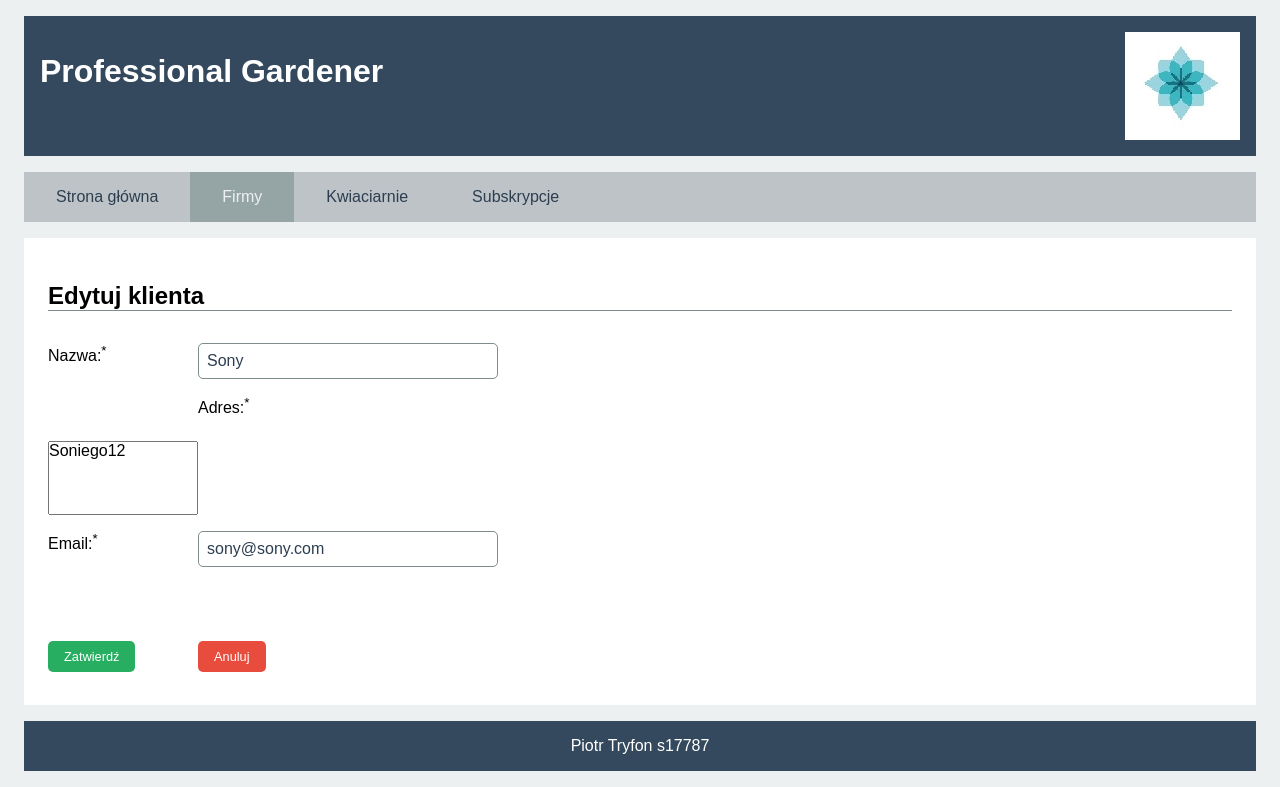
Repository: s17787/TIN
Page: tin_zaoczne_12_s17787_html-css/pages/client-edit.html
The author's editor kept a copy of each file at every save. The page is drawn from the files as they stood at one save, then again after the next save.
The browser window is 1280 px wide. The pictures show the whole page.

Above is the page before, as saved 2021-01-06 08:08:11.

### tin_zaoczne_12_s17787_html-css/pages/client-edit.html
<!DOCTYPE html>
<html lang="pl-PL">
<head>
    <meta charset="UTF-8">
    <meta name="viewport" content="width=device-width, initial-scale=1.0">
    <title>Professional Gardener</title>
    <link rel="stylesheet" href="../css/style.css" type="text/css"/>
</head>
<body>
    <header>
        <h1>Professional Gardener</h1>
        <img src="../images/logo.jpg" alt="Professional Gardener">
    </header>
    <nav>
        <ul>
            <li><a href="../index.html" >Strona główna</a></li>
            <li><a href="client-list.html" class="active">Firmy</a></li>
            <li><a href="florist-list.html" >Kwiaciarnie</a></li>
            <li><a href="subscription-list.html" >Subskrypcje</a></li>
        </ul>
    </nav>
    <main>
        <h2>Edytuj klienta</h2>
        <form class="form">
            <!--<div class="form-group">-->
                <label for="Name">Nazwa:<sup>*</sup></label>
                <input type="text" name="Name" id="Name" value="Sony"/>
                <span id="errorName" class="errors-text"></span>
            <!--</div>-->
            <!--<div class="form-group">-->
                <label for="Adres">Adres:<sup>*</sup></label>
                <textarea type="text" name="Adres" id="Adres" rows="4" cols="10" style="resize: none;">Soniego12</textarea>
                <span id="errorAddress" class="errors-text"></span>
            <!--</div>-->
            <!--<div class="form-group">-->
                <label for="email">Email:<sup>*</sup></label>
                <input type="email" name="email" id="email" value="sony@sony.com"/>
                <span id="errorEmail" class="errors-text"></span>
            <!--</div>-->
            <!--<div class="form-group">-->
                <p id="errorsSummary" class="errors-text"></p>
                <p><a href="client-details.html" class="form-button-submit" >Zatwierdź</a></p>
                <p><a href="client-details.html" class="form-button-cancel" >Anuluj</a></p>
            <!--</div>-->
        </form>
    </main>
    <footer>
        Piotr Tryfon s17787
    </footer>
</body>
</html>

### tin_zaoczne_12_s17787_html-css/css/style.css
html {
    background-color: #ecf0f1;
    font-family: sans-serif;
}

body {
    min-width: 360px;
  }

header,
main,
footer {
    background-color: white;
}

header,
main,
footer,
nav {
    margin: 1rem;
}

header,
footer {
    background-color: #34495e;
    color: white;
    padding: 1rem;
}

header {
    display: flex;
    justify-content: space-between;
}

nav {
    background-color: #bdc3c7;
}

nav ul {
    display: flex;
    padding: 0;
    list-style-type: none;
}

nav ul li a {
    display: inline-block;
    color: #2c3e50;
    padding: 1rem 2rem;
    text-decoration: none;
}

nav ul li a:hover {
    background-color: #d35400;
    color: #ecf0f1;
}

nav ul li a.active {
    background-color: #95a5a6;
    color: #ecf0f1;
}

main {
    padding: 1.5rem;
}

footer {
    text-align: center;
}

main h2 {
    border-bottom: 1px solid #7f8c8d;
    margin-bottom: 2rem;
}

.table-list {
    border-collapse: collapse;
    color:#2c3e50;
    width: 100%;
}

.table-list,
.table-list th,
.table-list td {
    border: 1px solid #bdc3c7;
}

.table-list th,
.table-list td {
    padding: 0.5rem;
}

.table-list th,
.table-list tbody tr:nth-child(even) {
    background-color: #ecf0f1;
}

.list-actions {
    margin: 0;
    text-align: center;
    list-style-type: none;
    padding: 0;
}

.list-actions li {
    display: inline-block;
}

.list-actions-button-details,
.list-actions-button-edit,
.list-actions-button-delete {
    display: inline-block;
    width: 75px;
    padding: 0.25rem 0.5rem;
}

.list-actions-button-details,
.list-actions-button-edit,
.list-actions-button-delete,
.button-add,
.form-button-submit,
.form-button-cancel {
    border: none;
    border-radius: 5px;
    color: white;
    text-decoration: none;
    text-align: center;
    font-size: 0.8rem;
}

.list-actions-button-details,
.list-actions-button-edit {
    margin-right: 1rem;
}

.list-actions-button-details {
    background-color: #2980b9;
}
.list-actions-button-details:hover {
    background-color: #3498db;
}

.list-actions-button-edit {
    background-color: #f39c12;
}

.list-actions-button-edit:hover {
    background-color: #f1c40f;
}

.form-button-cancel,
.list-actions-button-delete {
    background-color: #c0392b;
}

.form-button-cancel,
.list-actions-button-delete:hover {
    background-color: #e74c3c;
}

.button-add,
.form-button-submit,
.form-button-cancel {
    padding: 0.5rem 1rem;
}

.button-add,
.form-button-submit {
    background-color: #27ae60;
}

.button-add:hover,
.form-button-submit:hover {
    background-color: #2ecc71;
}

button,
input,
select,
textarea {
    font-family: inherit;
    font-size: 100%;
    box-sizing: border-box;
    padding: 0; margin: 0;
}

textarea {
    overflow: auto;
}

.form {
    display: grid;
    grid-template-columns: 150px 300px;
    row-gap: 1rem;
}

.form select,
.form input[type="text"],
.form input[type="number"],
.form input[type="date"],
.form input[type="email"] {
    border: 1px solid #7f8c8d;
    color:#2c3e50;
    border-radius: 5px;
    padding: 0.5rem;
    width: 100%;
}

.form label {
    display: block;
    margin-bottom: 0.5em;
}

.form-group {
    margin-bottom: 1rem;
}

abbr[title='required'] {
    color: #c0392b;
}

.form-buttons {
    grid-column-start: -3;
    grid-column-end: -1;
}


.form-button-submit {
    margin-bottom: 0.5rem;
}

@media all and (max-width:720px) {
    header {
        flex-direction: column;
    }

    header h1 {
        text-align: center;
    }

    header img {
        align-self: center;
    }
}

@media all and (max-width: 400px) {
    body,
    nav,
    nav ul,
    header,
    main,
    footer {
        margin: 0;
    }
}

@media all and (max-width:720px) {
    nav ul {
        flex-wrap: wrap;
    }

    nav ul li {
        flex-basis: 50%;
        text-align: center;
    }

    nav ul li a {
        display: block;
    }
}

@media all and (max-width: 400px) {
    nav ul li {
        flex-basis: 100%;
    }
}

@media all and (max-width: 720px) {
    .form {
        grid-template-columns: 1fr;
        row-gap:unset;
        margin-left: unset;
    }

    .form input[type="text"],
    .form input[type="number"],
    .form input[type="date"],
    .form select {
        margin-bottom: 1rem;
    }
}

After the next save:
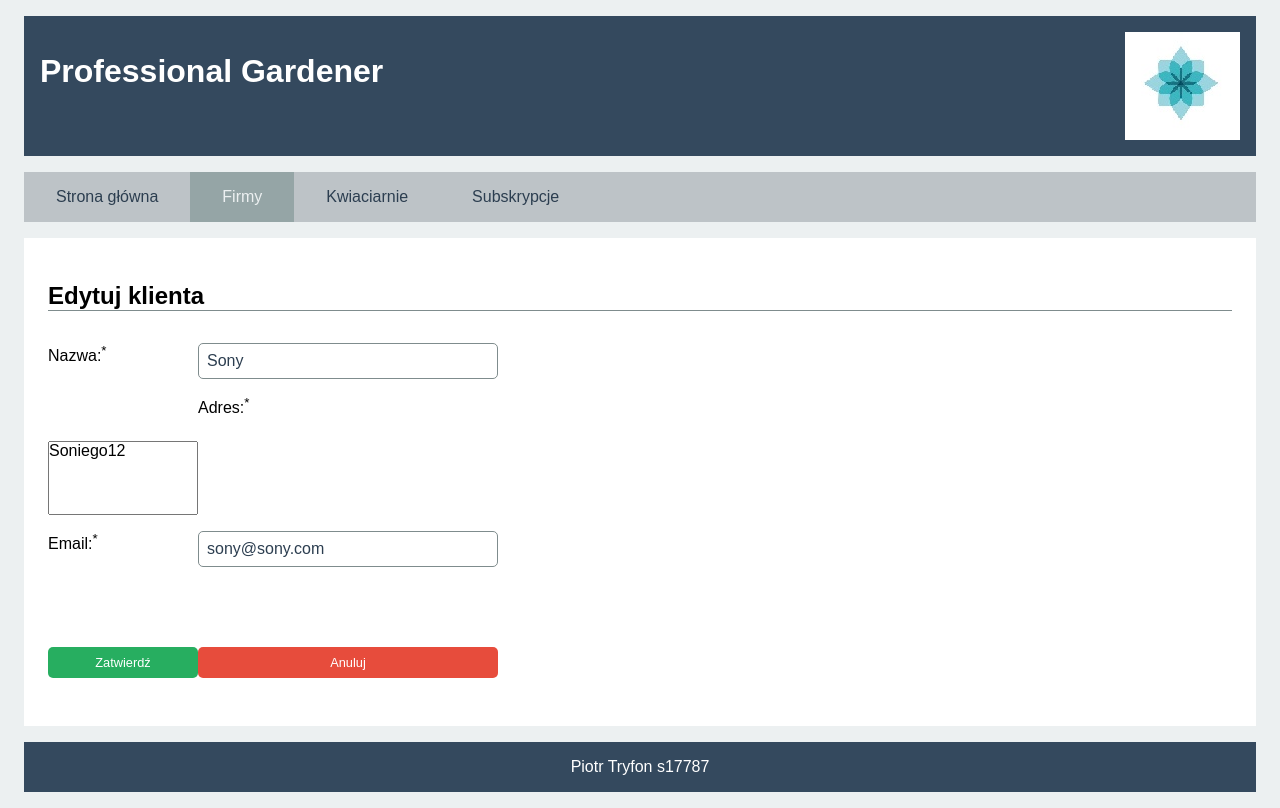
Saved 17 s later.
--- a/tin_zaoczne_12_s17787_html-css/css/style.css
+++ b/tin_zaoczne_12_s17787_html-css/css/style.css
@@ -219,10 +219,20 @@
 }
 
 .form-buttons {
-    grid-column-start: -3;
+    grid-column-start: 1;
     grid-column-end: -1;
 }
 
+.form-button-submit,
+.form-button-cancel {
+    width: 100%;
+}
+
+.form-button-submit,
+.form-button-cancel {
+    box-sizing: border-box;
+    display: block;
+}
 
 .form-button-submit {
     margin-bottom: 0.5rem;

After the 2 saves that followed:
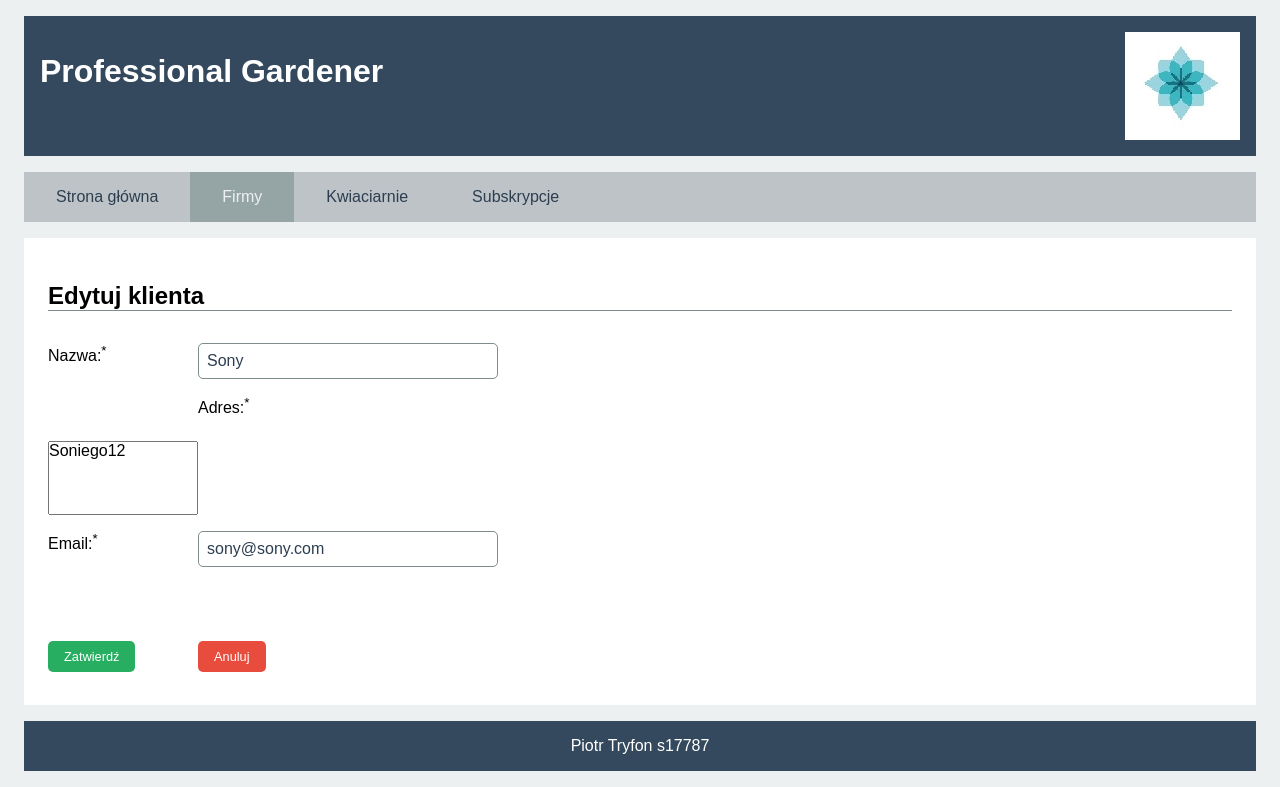
The 2 saves are shown as one change because 1 left the picture as it was.
The last was saved 13 s later.
--- a/tin_zaoczne_12_s17787_html-css/css/style.css
+++ b/tin_zaoczne_12_s17787_html-css/css/style.css
@@ -218,7 +218,8 @@
     color: #c0392b;
 }
 
-.form-buttons {
+.form-button-submit,
+.form-button-cancel {
     grid-column-start: 1;
     grid-column-end: -1;
 }
@@ -228,11 +229,7 @@
     width: 100%;
 }
 
-.form-button-submit,
-.form-button-cancel {
-    box-sizing: border-box;
-    display: block;
-}
+
 
 .form-button-submit {
     margin-bottom: 0.5rem;
